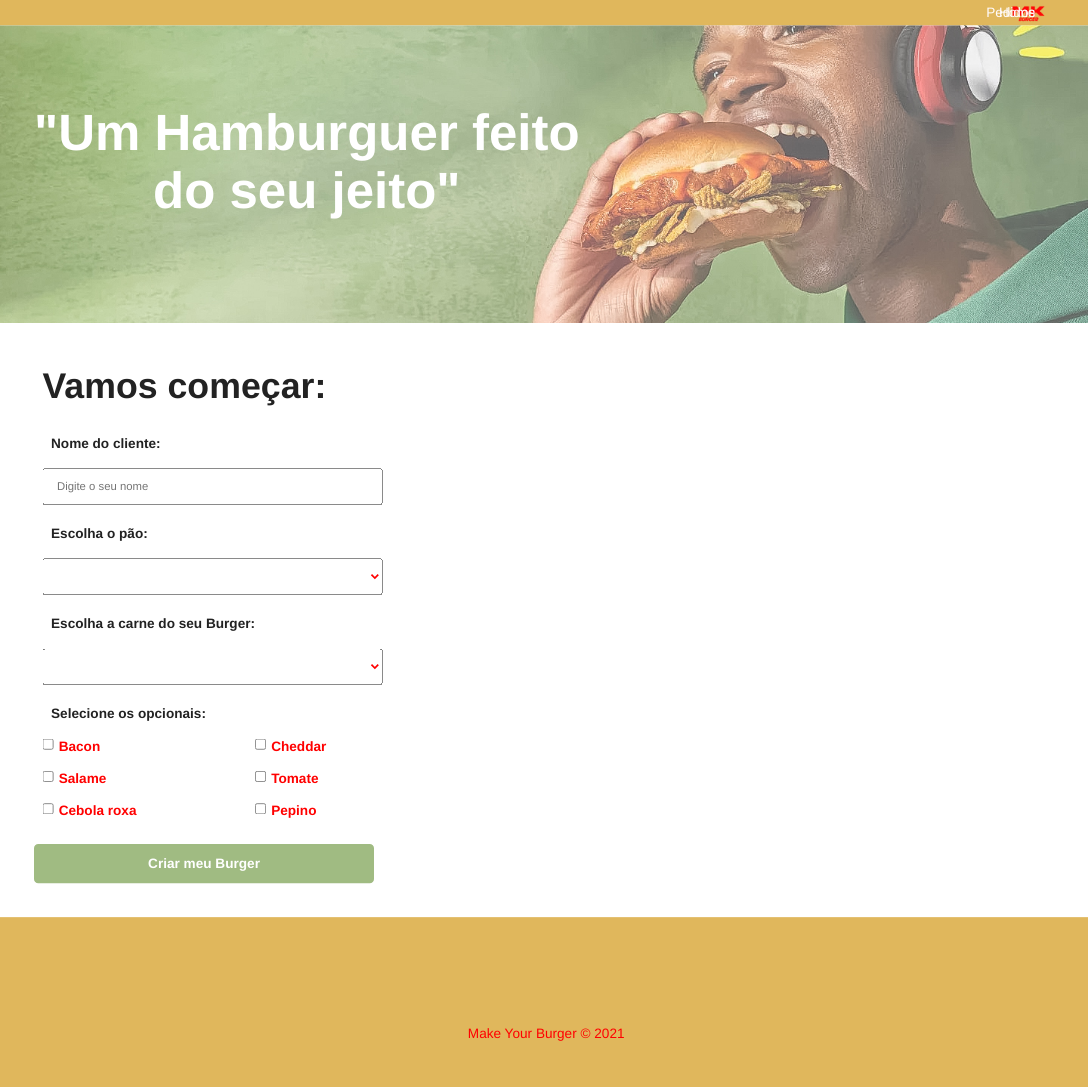
Repository: MarcoantonioCaldeira/Sistema-para-Hamburgueria
Page: /
These files come from the project's save history. The page is drawn as it stood at one moment and after the next save; the edit follows.
The browser window is 1280 px wide. The pictures show the whole page, at 85% of full size.
The project was rebuilt for these pictures with package versions that can differ from the ones it lists, and the page was loaded fresh each time. Requests to the local data server were answered from the project's data file. Also part of the build but not shown: vue.config.js.

Above is the page before, as saved 2022-11-02 18:03:37.

### src/App.vue
<template>
  <div>
    <Navbar :logo="logo_src" :alt="app_name"/>
    <div>
      <router-view></router-view>
    </div>
    <Footer />
  </div>
</template>

<script>
 import Navbar from './components/Navbar.vue';
 import Footer from './components/Footer.vue';

export default {
  data: function() {
    return{
      logo_src: "/img/logo.png",
      app_name: "Make Your Burger"
    }
  },
  components: {
    Navbar,
    Footer
  }
}
</script>

<style>
  * {
    font-family: Helvetica;
    color: red;
    padding: 0;
    margin: 0;
    box-sizing: border-box;
  }
  .main-container {
    margin: 50px;
    min-height: 250px;
  }
  h1 {
    font-size: 42px;
    margin-bottom: 30px;
    color: #222;
  }
</style>

### src/router/index.js
import { createRouter, createWebHistory } from 'vue-router'
import HomeView from '../views/Home.vue'

const routes = [
  {
    path: '/',
    name: 'home',
    component: HomeView
  },
  {
    path: '/pedidos',
    name: 'Pedidos',
    component: () => import(/* webpackChunkName: "pedidos" */ '../views/Pedidos.vue')
  }
]

const router = createRouter({
  history: createWebHistory(process.env.BASE_URL),
  routes
})

export default router

### src/components/Navbar.vue
<template>
    <div id="nav">
        <router-link to="/" id="logo-url">
            <img :src="logo" :alt="alt" id="logo">
        </router-link>
        <router-link to="/">Home</router-link>
        <router-link to="/pedidos">Pedidos</router-link>
    </div>
</template>

    <script>
    export default {
     name: 'Navbar',
     props: ["logo", "alt"]
    }
    </script>

    <style>
    #nav{
        background-color: rgb(224, 183, 92);
        padding: 15px 50px;
        display: flex;
        justify-content: flex-end;
        align-items: center;
      }

      #nav #logo-url{
        margin: auto;
        margin-left: 0;
      }

      #logo{
        width: 40px;
        height: 40px;
      }

      #nav a{
        color: #fffbfb;
        text-decoration:none;
        margin:12px;
        transition: .5s;
      }

      #nav a:hover{
        color:#fff;
      }
    </style>

### src/components/Footer/Footer.vue
<template>
    <div id="footer">
      <p>Make Your Burger &copy; 2021</p>
      <div id="Footer-info">
        <a>Quem somos</a>
        <a>Nossos Termos</a>
        <a>Entre em contato conosco</a>
      </div>
    </div>
  </template>

  <script>
  export default {
    name: "Footer"
  }
  </script>

  <style src="./style.scss"  lang="scss">

  </style>

### src/views/Home.vue
<template>
  <Banner />
  <div class="main-container">
    <h1>Vamos começar:</h1>
    <BurgerForm />
  </div>
</template>

<script>
import Banner from "../components/Banner.vue"
import BurgerForm from "../components/BurgerForm.vue"

export default{
  name: "Home",
  components: {
    Banner,
    BurgerForm
  }
}
</script>

### src/components/Footer/style.scss

p{
    position:absolute;
    margin-left: 43%;
    margin-top: 10%;
    display: inline;
  }

  a{
    position: absolute;
    margin-top: 10%;
    margin: 0 10px;
  }

  #Footer-info{
    height: 40px;
    margin-left: -53%;
  }

  #footer {
    height: 200px;
    background-color: rgb(224, 183, 92);
    color: #ffffff;
    bottom: 0;
    width: 100%;
  }

### src/components/Banner.vue
<template>
   <div id="main-banner">
    <h1>"Um Hamburguer feito <br> do seu jeito"</h1>
   </div>
</template>
<script>

export default{
    name: 'Banner'
}

</script>
<style>

#main-banner{
    background-image: url('/public/img/burger.jpg');
    background-position: 0 -250px;
    background-size: cover;
    height: 350px;
    display: flex;
    align-items: center;
    justify-content: flex-start;
}

#main-banner h1{
    color: #fff;
    text-align: center;
    font-size: 60px;
    padding: 20px 40px;
}
</style>

### src/components/BurgerForm.vue
<template>
    <Message :msg="msg" v-show="msg" />
    <div>
      <form id="burger-form" method="POST" @submit="createBurger">
        <div class="input-container">
          <label for="nome">Nome do cliente:</label>
          <input type="text" id="nome" name="nome" v-model="nome" placeholder="Digite o seu nome" required>
        </div>
        <div class="input-container">
          <label for="pao">Escolha o pão:</label>
          <select name="pao" id="pao" v-model="pao">
            <option value="">Selecione o seu pão</option>
            <option v-for="pao in paes" :key="pao.id" value="pao.tipo">{{ pao.tipo }}</option>
          </select>
        </div>
        <div class="input-container">
          <label for="carne">Escolha a carne do seu Burger:</label>
          <select name="carne" id="carne" v-model="carne">
            <option value="">Selecione o tipo de carne</option>
            <option v-for="carne in carnes" :key="carne.id" value="carne.tipo">{{ carne.tipo }}</option>
          </select>
        </div>
        <div id="opcionais-container" class="input-container">
          <label id="opcionais-title" for="opcionais">Selecione os opcionais:</label>
          <div class="checkbox-container" v-for="opcional in opcionaisdata" :key="opcional.id">
            <input type="checkbox" name="opcionais" v-model="opcionais" :value="opcional.tipo">
            <span>{{ opcional.tipo }}</span>
          </div>
        </div>
        <div class="input-container">
          <input class="submit-btn" type="submit" value="Criar meu Burger">
        </div>
      </form>
    </div>
  </template>

  <script>
  import Message from './Message'
  export default {
    name: "BurgerForm",
    data() {
      return {
        paes: null,
        carnes: null,
        opcionaisdata: null,
        nome: null,
        pao: null,
        carne: null,
        opcionais: [],
        status: "Solicitado",
        msg: null
      }
    },
    methods: {
      async getIngredientes() {
        const req = await fetch('http://localhost:3000/ingredientes');
        const data = await req.json();

        this.paes = data.paes;
        this.carnes = data.carnes;
        this.opcionaisdata = data.opcionais;
      },
      async createBurger(e) {

        e.preventDefault();

        const data = {
          nome: this.nome,
          carne: this.carne,
          pao: this.pao,
          opcionais: Array.from(this.opcionais),
          status: "Solicitado"
        }

        const dataJson = JSON.stringify(data);

        const req = await fetch('http://localhost:3000/burgers', {
          method: "POST",
          headers: { "Content-Type" : "application/json" },
          body: dataJson
        });
        const res = await req.json()
        console.log(res)
        this.msg = "Pedido realizado com sucesso!"
        // clear message
        setTimeout(() => this.msg = "", 3000)
        // limpar campos
        this.nome = ""
        this.carne = ""
        this.pao = ""
        this.opcionais = []

      }
    },
    mounted () {
      this.getIngredientes()
    },
    components: {
      Message
    }
  }
  </script>

  <style scoped>
  #burger-form {
    max-width: 500px;
  }
  .input-container {
    display: flex;
    flex-direction: column;
    margin-bottom: 20px;
  }
  label {
    font-weight: bold;
    margin-bottom: 15px;
    color: #222;;
    padding: 5px 10px;
  }
  input, select {
    padding: 12px 15px;
    width: 400px;
  }
  #opcionais-container {
    flex-direction: row;
    flex-wrap: wrap;
  }
  #opcionais-title {
    width: 100%;
  }
  .checkbox-container {
    display: flex;
    align-items: flex-start;
    width: 50%;
    margin-bottom: 20px;
  }
  .checkbox-container span,
  .checkbox-container input {
    width: auto;
  }
  .checkbox-container span {
    margin-left: 6px;
    font-weight: bold;
  }
  .submit-btn {
    background-color:#a0bb82;
    border-radius: 5px;
    color:white;
    font-weight: bold;
    border: 2px solid #a0bb82;
    padding: 15 15px;
    font-size: 16px;
    margin: -2%;
    cursor: pointer;
    transition: .5s;
  }
  .submit-btn:hover {
    background-color: transparent;
    color: #222;
  }
</style>

### src/components/Message.vue
<template>
    <div class="message-container">
        <p>{{ msg }}</p>
    </div>
</template>

<script>
export default {
    name: "Message",
    props: {
        msg: String
    }
}
</script>

<style>

.message-container{
    color: #004085;
    background-color: #deeeff;
    border: 2px solid #deeeff;
    border-radius: 5px;
    padding: 10px;
    max-width: 400px;
    margin: 30px auto;
}
</style>

### db/db.json
{
  "ingredientes": {
    "paes": [
      {
        "id": 1,
        "tipo": "Italiano Branco"
      },
      {
        "id": 2,
        "tipo": "3 Queijos"
      },
      {
        "id": 3,
        "tipo": "Parmesão e Orégano"
      },
      {
        "id": 4,
        "tipo": "Integral"
      }
    ],
    "carnes": [
      {
        "id": 1,
        "tipo": "Maminha"
      },
      {
        "id": 2,
        "tipo": "Alcatra"
      },
      {
        "id": 3,
        "tipo": "Picanha"
      },
      {
        "id": 4,
        "tipo": "Veggie burger"
      }
    ],
    "molhos-opcionais": [
      {
        "id": 1,
        "tipo": "Tomate"
      },
      {
        "id": 2,
        "tipo": "Creme de Alho"
      },
      {
        "id": 3,
        "tipo": "Vinagre com tomate"
      },
      {
        "id": 4,
        "tipo": "Pimenta mexicana"
      }
    ],
    "opcionais": [
      {
        "id": 1,
        "tipo": "Bacon"
      },
      {
        "id": 2,
        "tipo": "Cheddar"
      },
      {
        "id": 3,
        "tipo": "Salame"
      },
      {
        "id": 4,
        "tipo": "Tomate"
      },
      {
        "id": 4,
        "tipo": "Cebola roxa"
      },
      {
        "id": 4,
        "tipo": "Pepino"
      }
    ]
  },
  "status": [
    {
      "id": 1,
      "tipo": "Solicitado"
    },
    {
      "id": 2,
      "tipo": "Em produção"
    },
    {
      "id": 3,
      "tipo": "Finalizado"
    }
  ],
  "burgers": [
    {
      "nome": "Marco ",
      "carne": "carne.tipo",
      "pao": "pao.tipo",
      "opcionais": [
        "Tomate",
        "Bacon",
        "Salame"
      ],
      "status": "Solicitado",
      "id": 1
    }
  ]
}

Loaded but not shown: public/index.html (common file); src/main.js (common file)

After the next save:
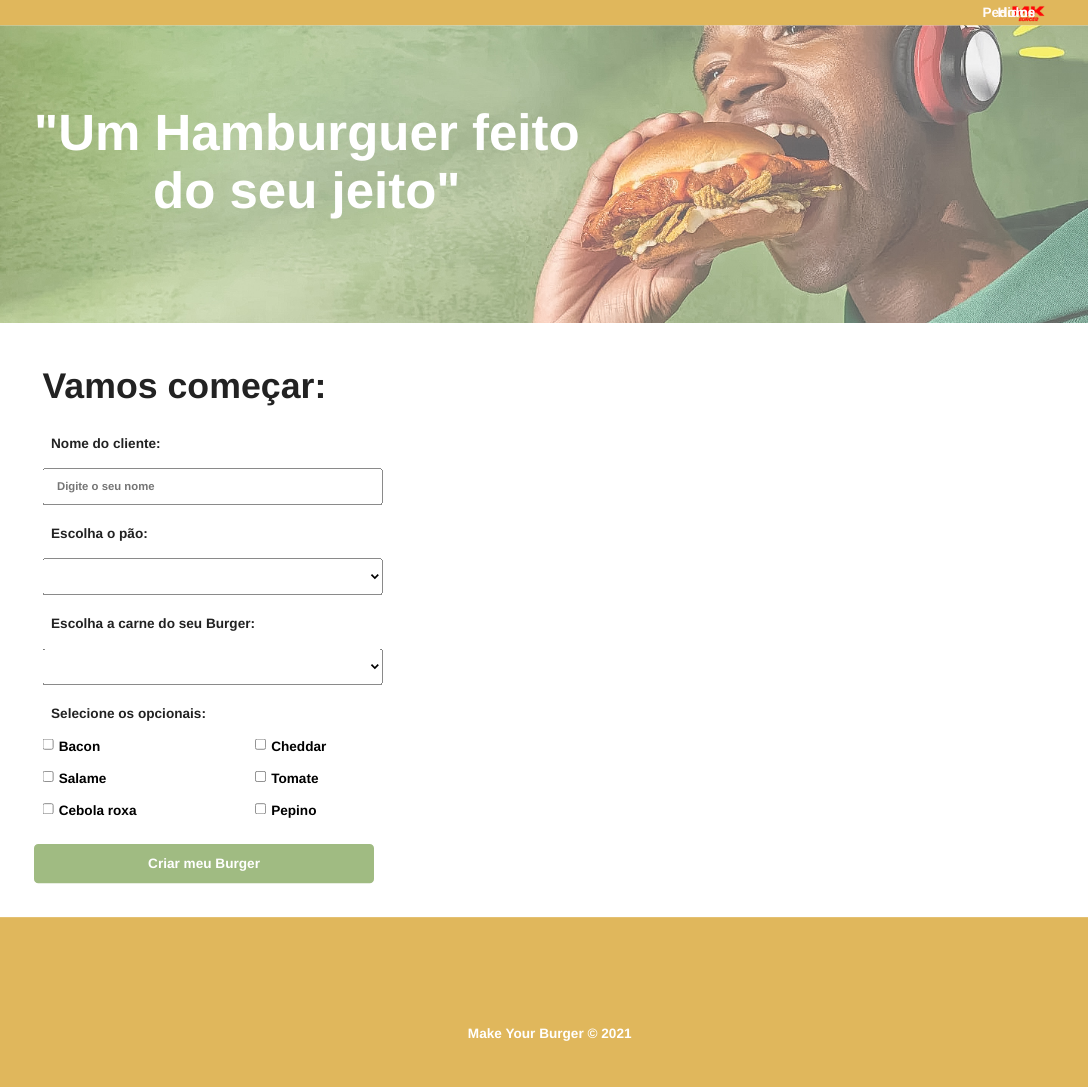
Saved 16 s later.
--- a/src/App.vue
+++ b/src/App.vue
@@ -29,7 +29,7 @@ export default {
 <style>
   * {
     font-family: Helvetica;
-    color: red;
+    font-weight: bold;
     padding: 0;
     margin: 0;
     box-sizing: border-box;
